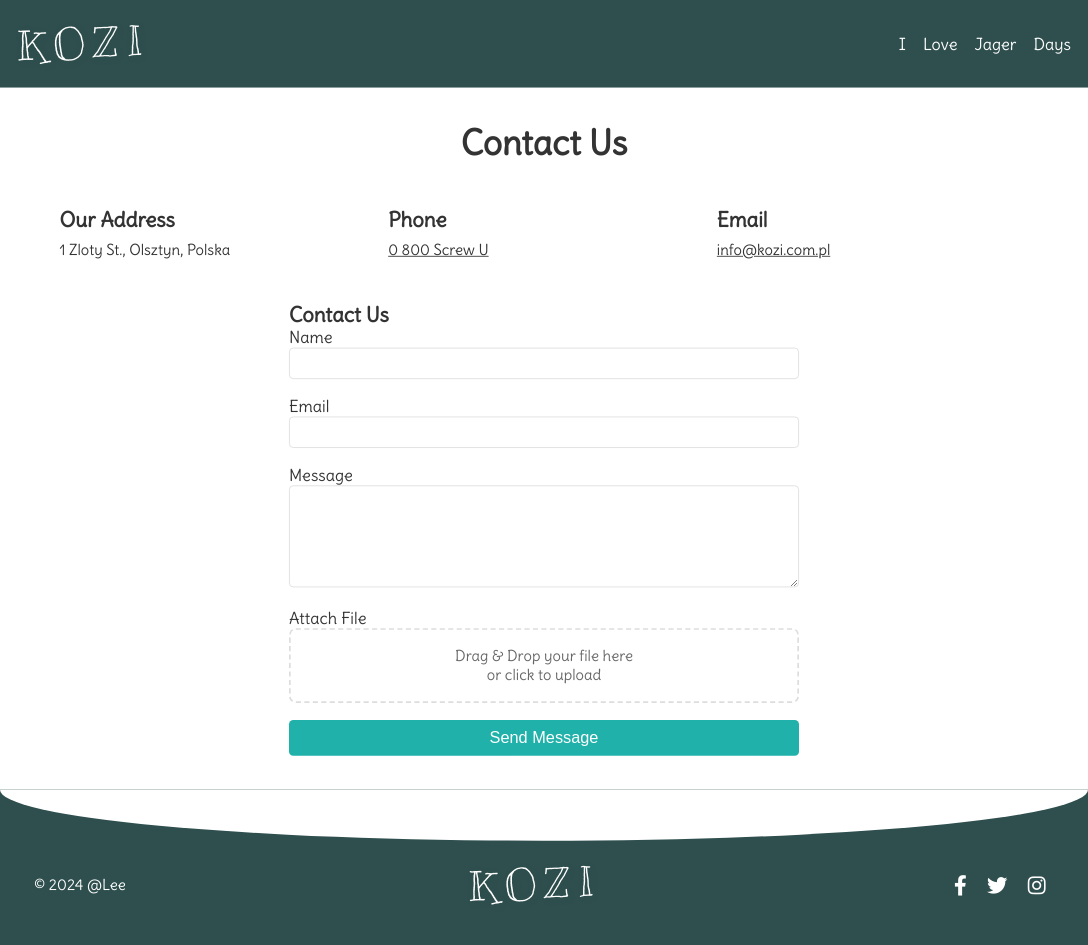
Repository: leerichie/kozi
Page: index.html
The author's editor kept a copy of each file at every save. The page is drawn from the files as they stood at one save, then again after the next save.
The browser window is 1280 px wide. The pictures show the whole page, at 85% of full size.

Above is the page before, as saved 2024-10-24 20:09:58.

After the next save:
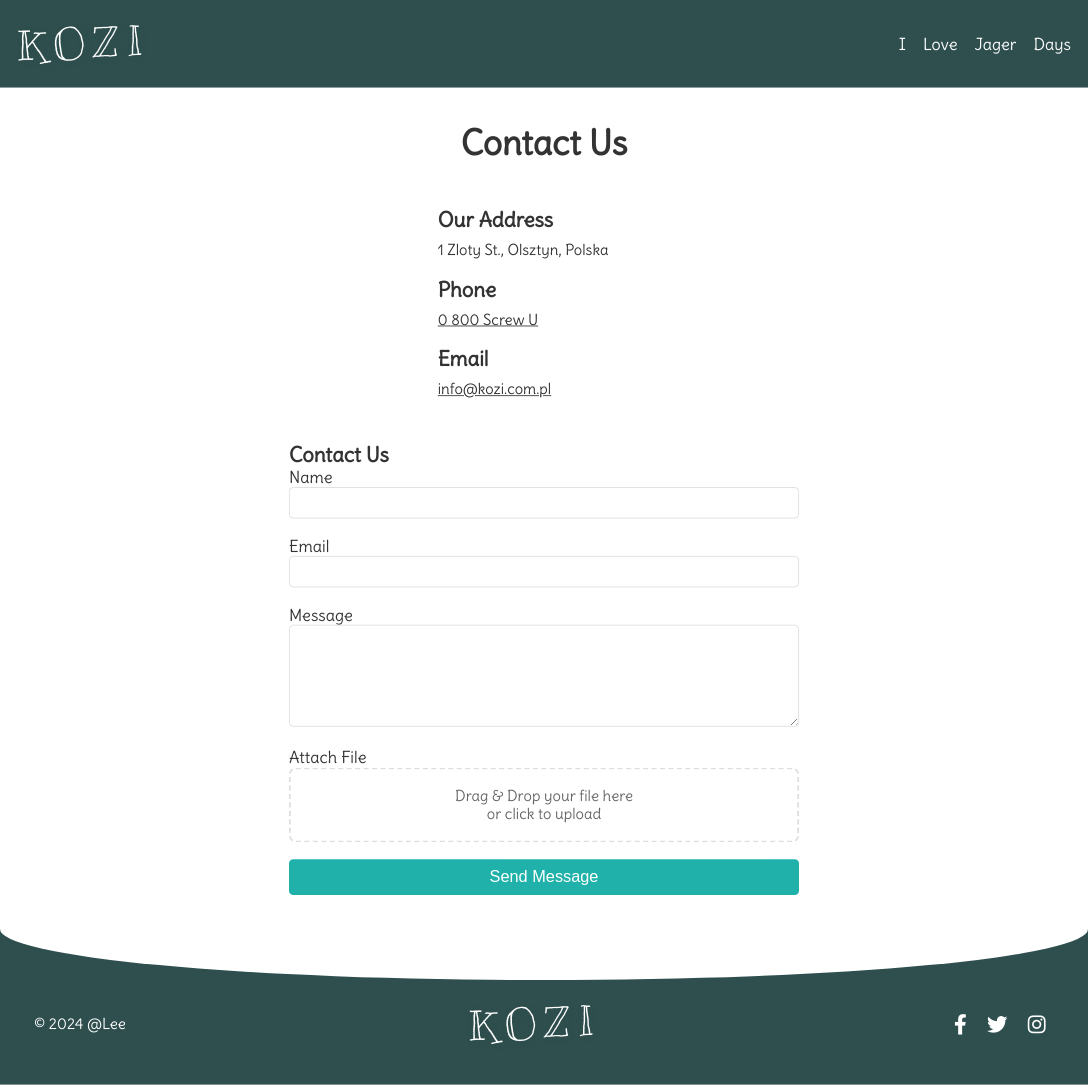
Saved 2 min 37 s later.
--- a/css/styles.css
+++ b/css/styles.css
@@ -177,6 +177,8 @@ body {
 
 .contact-info {
   display: flex;
+  flex-direction: column;
+  align-items: center;
   justify-content: space-between;
   flex-wrap: wrap;
   margin-bottom: 40px;
